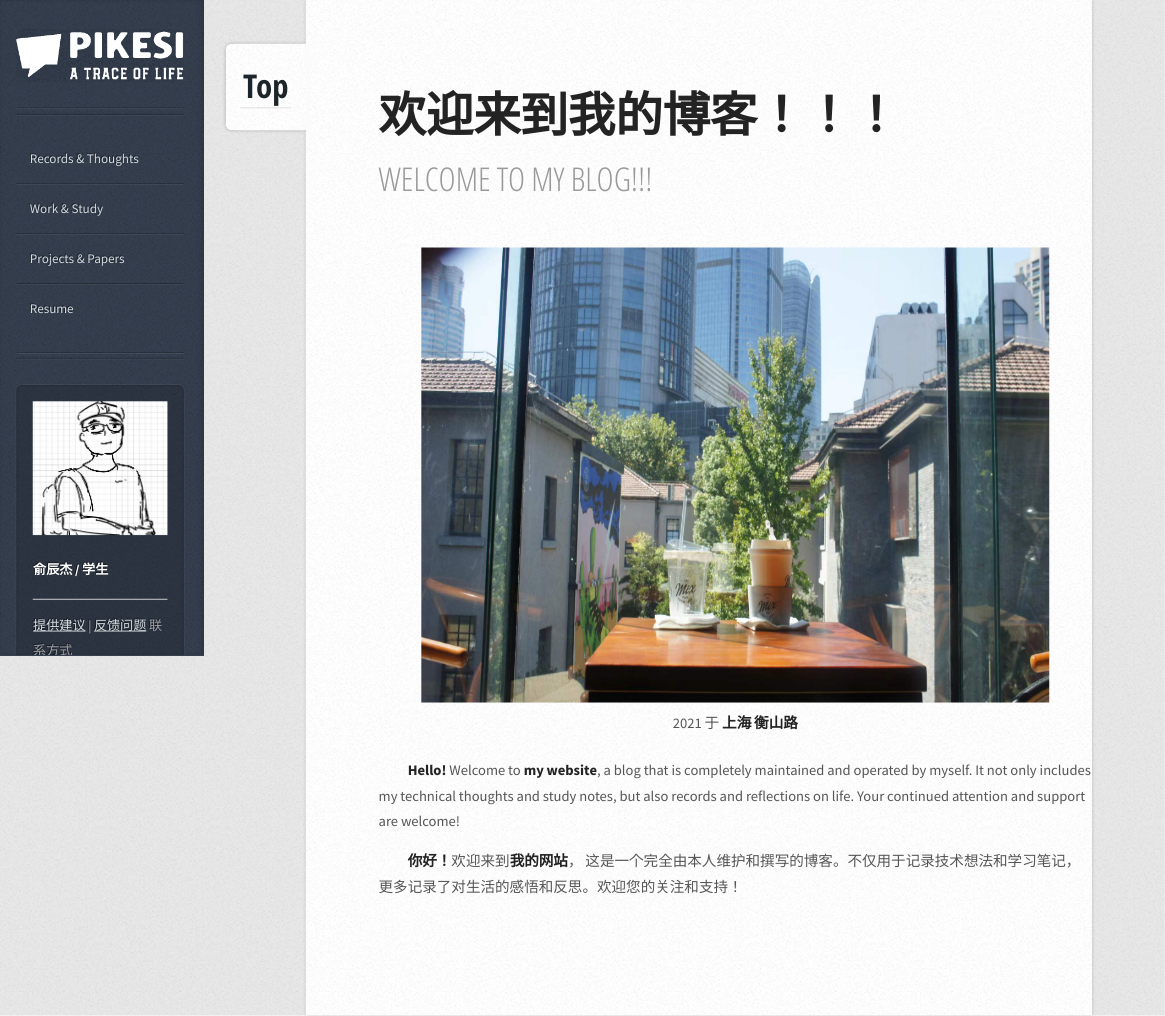
Repository: PiKesi522/PiKesi522.github.io
Page: index.html
An editor plug-in stored every save of this project. The page is shown before and after the next save, followed by the edit.
The browser window is 1280 px wide. The pictures show the whole page, at 91% of full size.

Above is the page before, as saved 2023-04-11 14:36:04.

### index.html
<!DOCTYPE HTML>
<!--
	Striped by HTML5 UP
	html5up.net | @ajlkn
	Free for personal and commercial use under the CCA 3.0 license (html5up.net/license)
-->
<html>

<head>
	<title>PiKesi's Home on the Internet</title>
	<meta charset="utf-8" />
	<meta name="viewport" content="width=device-width, initial-scale=1, user-scalable=no" />
	<link rel="stylesheet" href="assets/css/main.css" />
</head>

<body class="is-preload">

	<!-- Content -->
	<div id="content">
		<div class="inner">

			<!-- 我的第一个博客 -->
			<article class="box post post-excerpt">
				<header>
					<!--
						Note: Titles and subtitles will wrap automatically when necessary, so don't worry
						if they get too long. You can also remove the <p> entirely if you don't
						need a subtitle.
								-->
					<h2>欢迎来到我的博客！！！</h2>
					<p>WELCOME TO MY BLOG!!!</p>
				</header>
				<div class="info">
					<!--
									Note: The date should be formatted exactly as it's shown below. In particular, the
									"least significant" characters of the month should be encapsulated in a <span>
									element to denote what gets dropped in 1200px mode (eg. the "uary" in "January").
									Oh, and if you don't need a date for a particular page or post you can simply delete
									the entire "date" element.

								-->
					<span class="date">
						<span class="day">Top</span>
					</span>

				</div>
				<a class="image featured">
					<img width="1000px" height="500px" src="markdown/MainPage/head.jpg" alt="" />
				</a>
				<div style="text-align: center; margin: 0 0 1.5em 0;">2021 于 <strong>上海 衡山路</strong></div>
				<div style=" text-indent:2em">
					<strong>Hello!</strong> Welcome to <strong> my website</strong>,
					a blog that is completely maintained and operated by myself.
					It not only includes my technical thoughts and study notes,
					but also records and reflections on life.
					Your continued attention and support are welcome!
					<br>
				</div>
				<div style=" text-indent:2em; margin-top: 1em;">
					<strong>你好！</strong>欢迎来到<strong>我的网站</strong>，
					这是一个完全由本人维护和撰写的博客。不仅用于记录技术想法和学习笔记，
					更多记录了对生活的感悟和反思。欢迎您的关注和支持！
					<br>
				</div>
			</article>
		</div>
	</div>

	<!-- Sidebar -->
	<div id="sidebar">

		<!-- Logo -->
		<h1 id="logo">
			<a href="index.html">
				<img style="width: 100%;" src="assets/images/head1.png" alt="Logo">
				<!-- <div style="margin: 0.5em 0 0 0;">
					PiKesi
				</div> -->
			</a>
		</h1>


		<!-- Nav -->
		<nav id="nav">
			<ul>
				<li><a href="life.html">Records & Thoughts</a></li>
				<li><a href="note.html">Work & Study</a></li>
				<li><a href="projects.html">Projects & Papers</a></li>
				<li><a href="resume.html">Resume</a></li>
				<!-- <li><a href="#">Contact Me</a></li> -->
			</ul>
		</nav>

		<!-- Text -->
		<section class="box text-style1">
			<div class="inner">
				<p>
					<img style="width: 100%;" src="assets/images/icon1.jpg" alt="Logo">
					<div><strong> 俞辰杰 / 学生  </strong></div>
					<hr>
					<a href="https://github.com/PiKesi522/PiKesi522.github.io/issues">提供建议</a> |
					<a href="https://github.com/PiKesi522/PiKesi522.github.io/issues">反馈问题</a>
					联系方式
					<br />
					QQ : 860083450
					<br />
					WX : PiKesi22
				</p>
			</div>
		</section>
	</div>

	<!-- Scripts -->
	<script src="assets/js/jquery.min.js"></script>
	<script src="assets/js/browser.min.js"></script>
	<script src="assets/js/breakpoints.min.js"></script>
	<script src="assets/js/util.js"></script>
	<script src="assets/js/main.js"></script>

</body>

</html>

Loaded but not shown: assets/css/fontawesome-all.min.css (library); assets/js/jquery.min.js (library); assets/js/browser.min.js (common file); assets/js/breakpoints.min.js (common file); assets/js/util.js (587 lines, source omitted); assets/css/main.css (3019 lines, source omitted); public/assets/js/main.js (no copy from this time; the picture is the same without it)

After the next save:
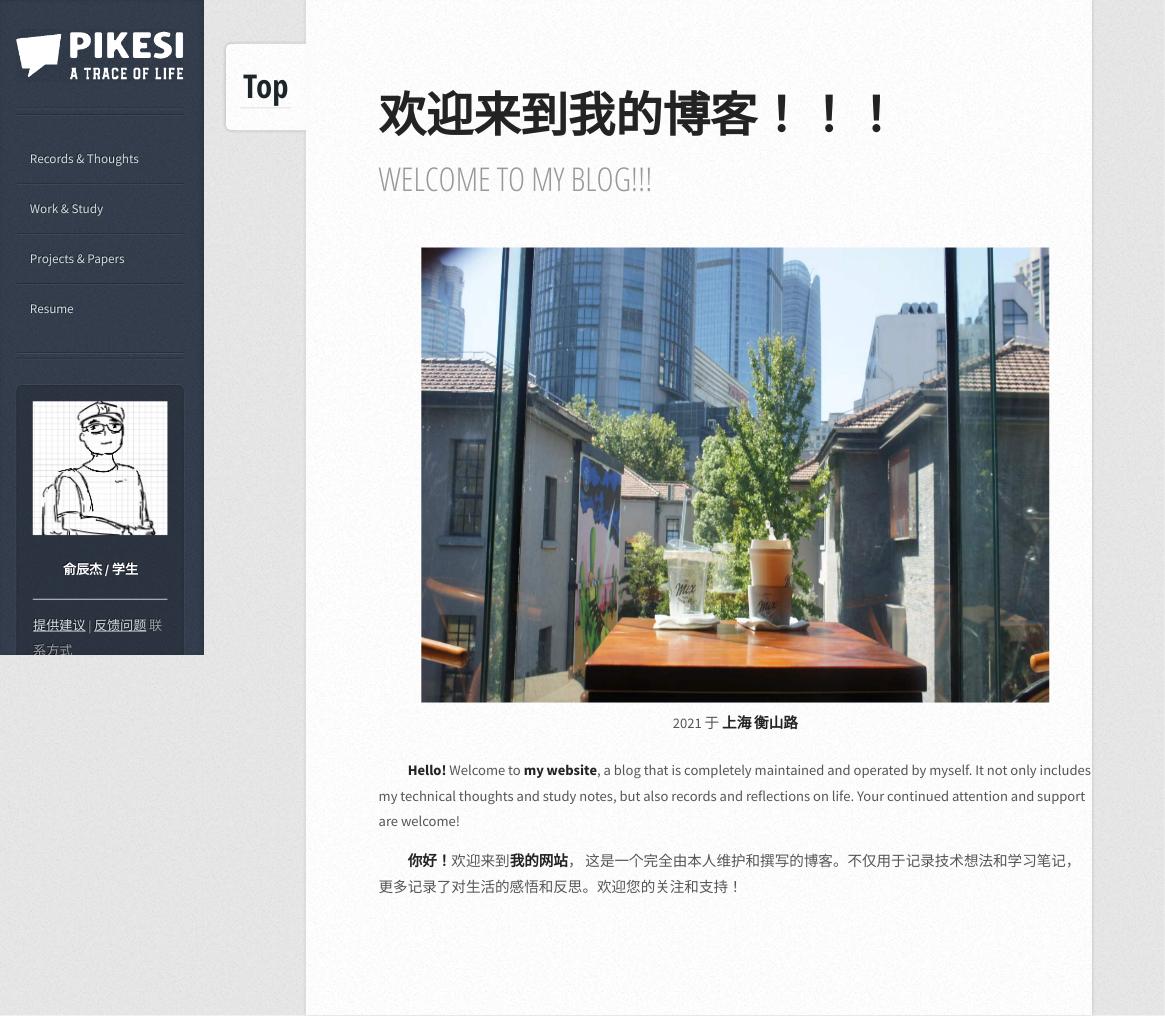
Saved 8 s later.
--- a/index.html
+++ b/index.html
@@ -96,7 +96,7 @@
 			<div class="inner">
 				<p>
 					<img style="width: 100%;" src="assets/images/icon1.jpg" alt="Logo">
-					<div><strong> 俞辰杰 / 学生  </strong></div>
+					<div style="text-align: center;"><strong> 俞辰杰 / 学生  </strong></div>
 					<hr>
 					<a href="https://github.com/PiKesi522/PiKesi522.github.io/issues">提供建议</a> |
 					<a href="https://github.com/PiKesi522/PiKesi522.github.io/issues">反馈问题</a>
